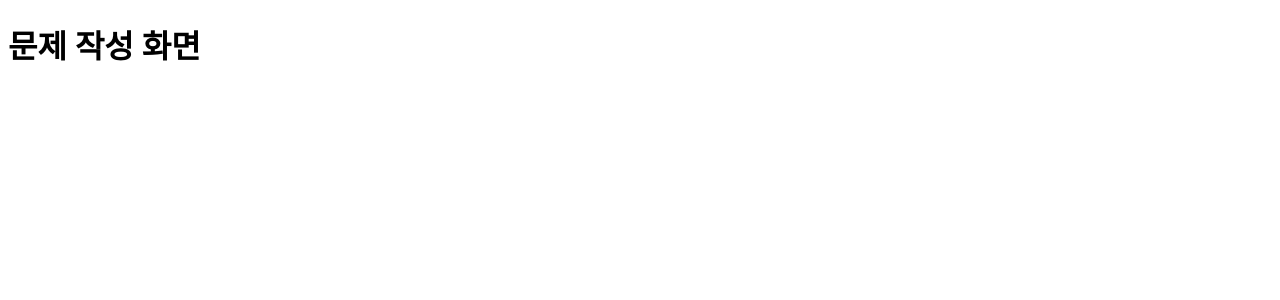
Repository: ryuhm48/Opensource-Project05
Page: http://localhost/Problems/Problems/ProblemWrite.jsp
These files come from the project's save history. The page is drawn as it stood at one moment and after the next save; the edit follows.
The browser window is 1280 px wide. The pictures show the whole page.
The page is served by Tomcat 9. Other server files are loaded and not shown.

Above is the page before, as saved 2019-06-02 01:13:53.

### 문제 풀이 제출 추가/Problems/WebContent/Problems/ProblemWrite.jsp
<%@ page language="java" contentType="text/html; charset=UTF-8"
pageEncoding="UTF-8"%>

<!DOCTYPE html PUBLIC "-//W3C//DTD HTML 4.01Transitional//EN" "http://www.w3.org/TR/html4/loose.dtd">
<html>
<head>
<meta http-equiv="Content-Type" content = text/html; charset="UTF-8">
<title>문제 작성</title>
</head>
<body>
	<h1>문제 작성 화면</h1>

	<form action = "write.do" method = "post">

	</form>
</body>
</html>

After the next save:
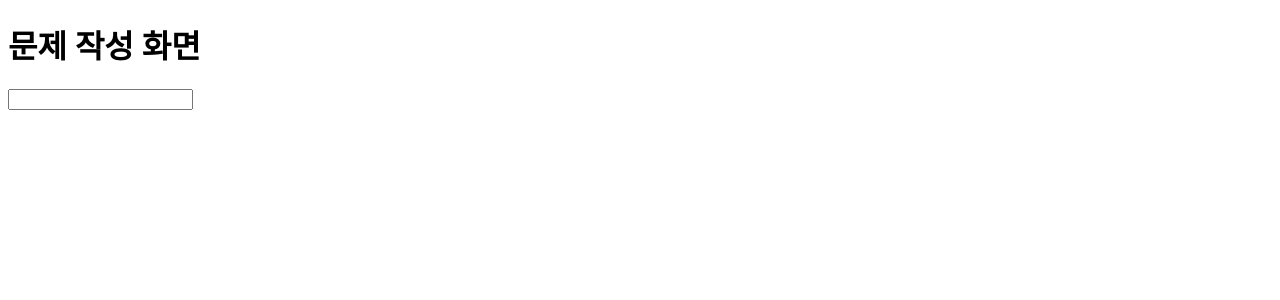
Saved 76 s later.
--- a/문제 풀이 제출 추가/Problems/WebContent/Problems/ProblemWrite.jsp
+++ b/문제 풀이 제출 추가/Problems/WebContent/Problems/ProblemWrite.jsp
@@ -11,7 +11,7 @@
 	<h1>문제 작성 화면</h1>
 
 	<form action = "write.do" method = "post">
-
+		<input type = "text" name = "studyNum"><br/>
 	</form>
 </body>
 </html>
